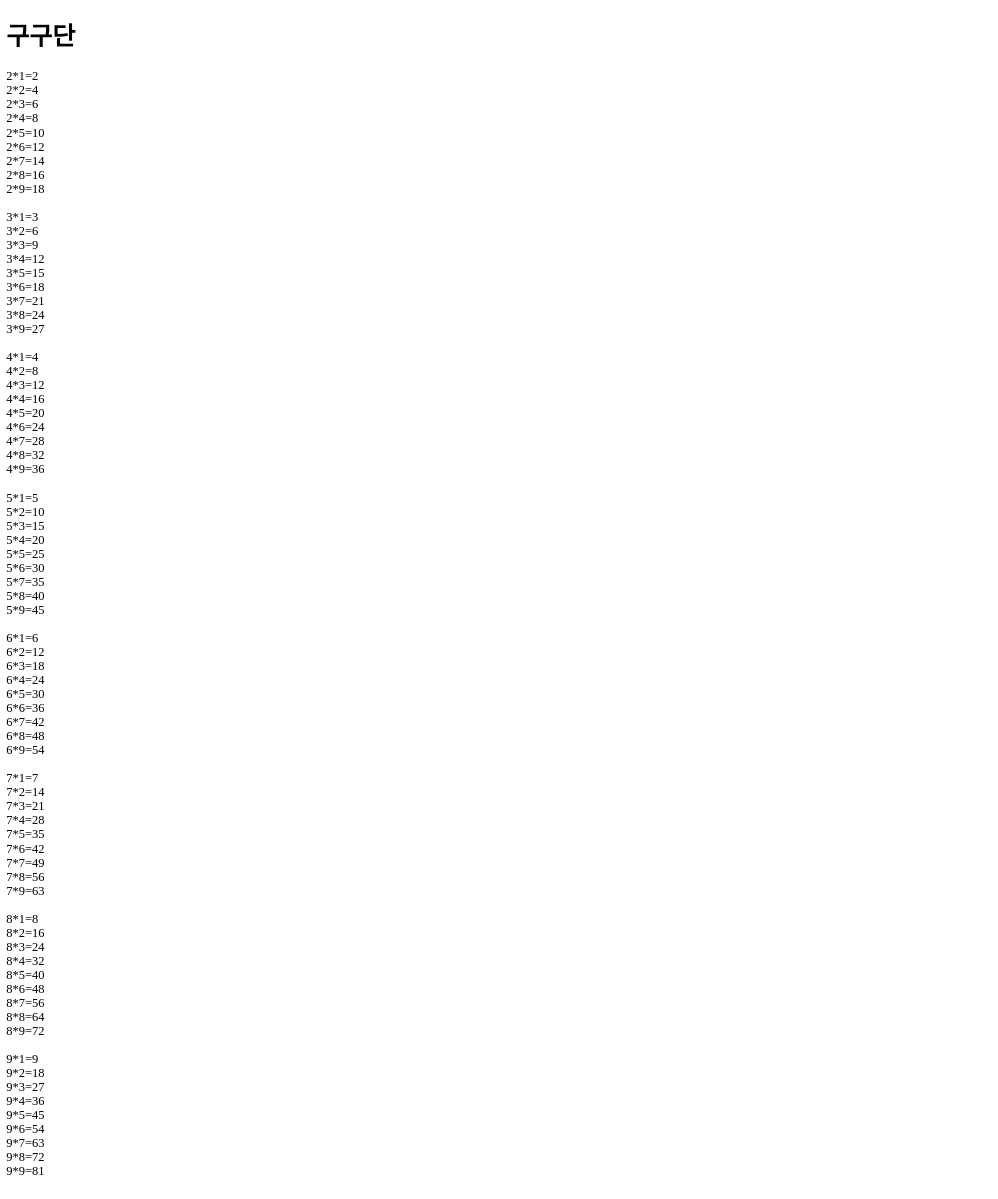
Repository: ohseung-web/Jsp2026
Page: http://localhost/chapter01/test02.jsp
These files come from the project's save history. The page is drawn as it stood at one moment and after the next save; the edit follows.
The browser window is 1280 px wide. The pictures show the whole page, at 78% of full size.
The page is served by Tomcat 9.

Above is the page before, as saved 2026-10-16 03:08:56.

After the next save:
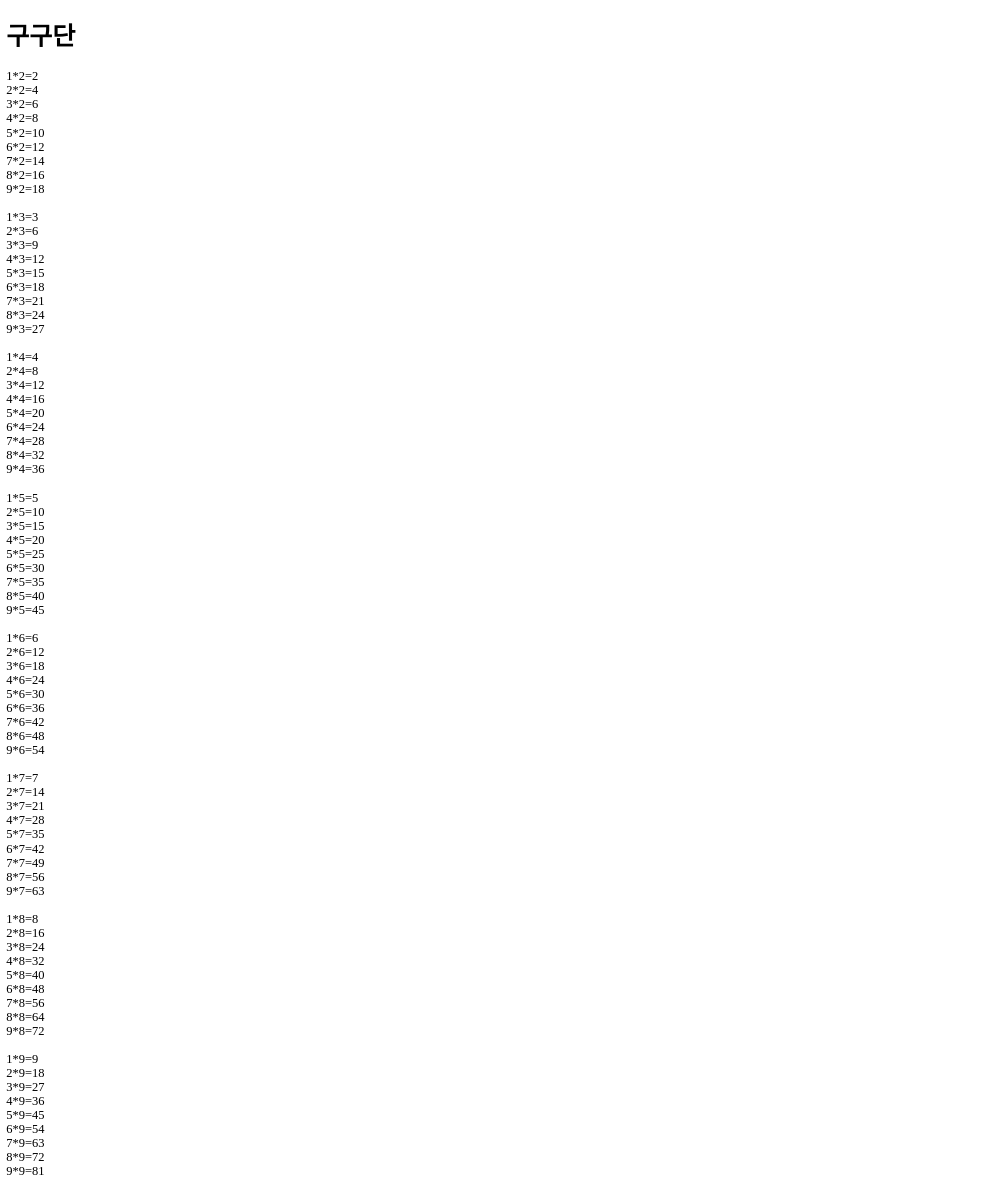
Saved 65 min 30 s later.
--- a/chapter01/src/main/webapp/test02.jsp
+++ b/chapter01/src/main/webapp/test02.jsp
@@ -12,7 +12,7 @@
 		<% for(int i=2; i<=9; i++){
 			  for(int j=1; j<=9; j++){
 		%>
-		  	<%=i%>*<%=j%>=<%= i*j %><br/>
+		  	<%=j%>*<%=i%>=<%= i*j %><br/>
 		  	<%-- <%=i+"*"+j+"="+ i*j %><br/> --%>
 		<% }%><br/>
 		<% } %>
